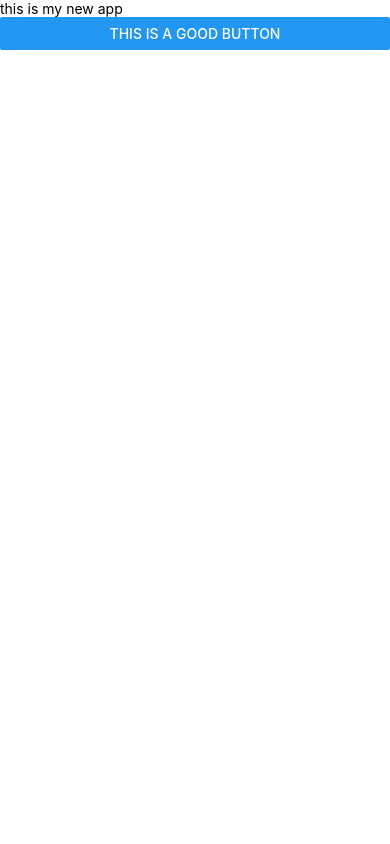
Repository: 2000-Nanayaw/MobileApp
Screen: /
An editor plug-in stored every save of this project. The screen is shown before and after the next save, followed by the edit.
The app was drawn by React Native's web renderer in a window 390 px wide. The project was rebuilt for these pictures with package versions that can differ from the ones it lists, and the page was loaded fresh each time.

Above is the screen before, as saved 2023-08-25 20:10:41.

After the next save:
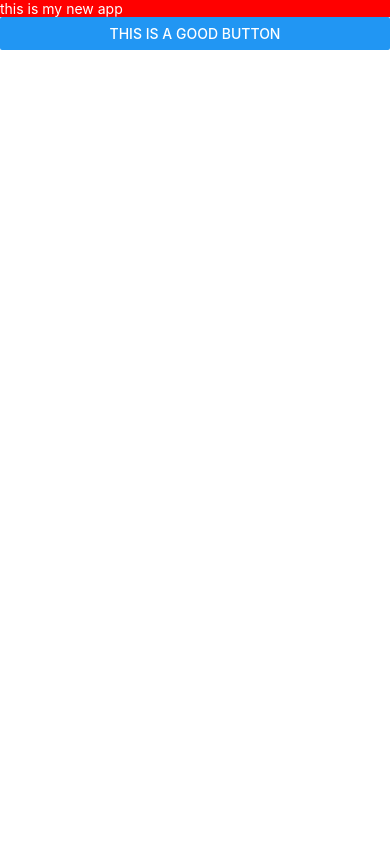
Saved 30 s later.
--- a/App.js
+++ b/App.js
@@ -34,7 +34,7 @@ function jsar() {
   return (
     <View>
       <View>
-        <Text>this is my new app</Text>
+        <Text style={style.container}>this is my new app</Text>
         <Button title="this is a good button" />
       </View>
       <StatusBar style="auto" />
